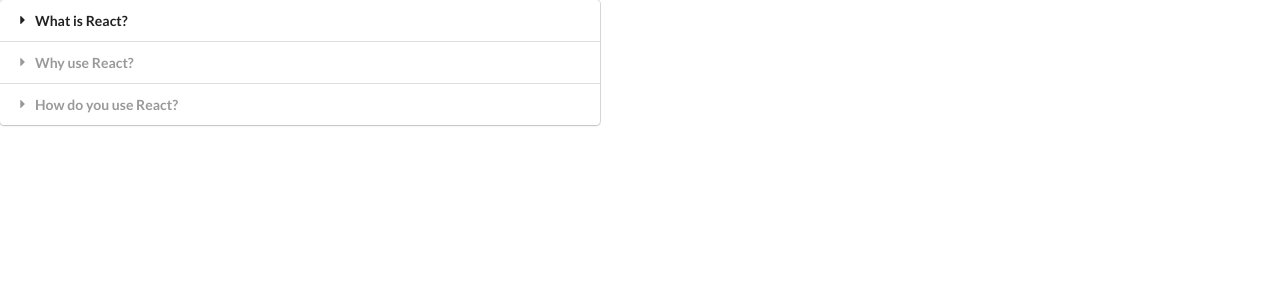
Repository: DaveBaulch/react-course-widgets
Page: /
The author's editor kept a copy of each file at every save. The page is drawn from the files as they stood at one save, then again after a run of saves.
The browser window is 1280 px wide. The pictures show the whole page.
The project was rebuilt for these pictures with package versions that can differ from the ones it lists, and the page was loaded fresh each time.

Above is the page before, as saved 2020-12-04 16:53:04.

After the next 2 saves:
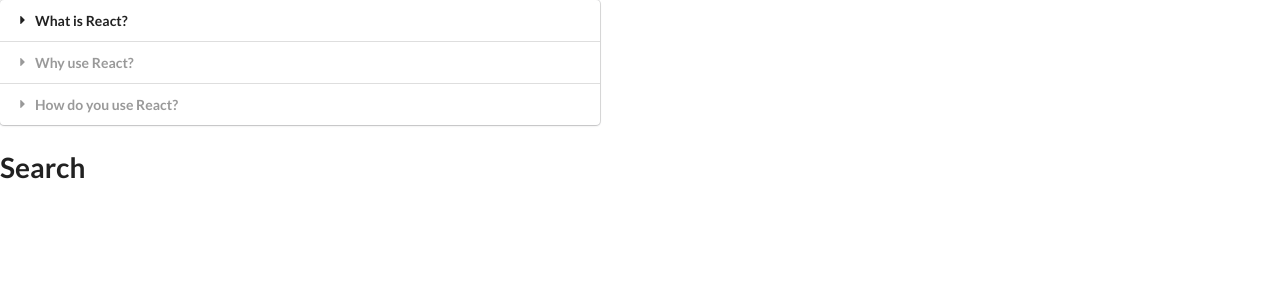
The 2 saves are shown as one change because they came seconds apart.
The last was saved 9 s later.
--- a/src/App.js
+++ b/src/App.js
@@ -21,6 +21,7 @@
   return (
     <div>
       <Accordion items={items} />
+      <Search />
     </div>
   );
 };
